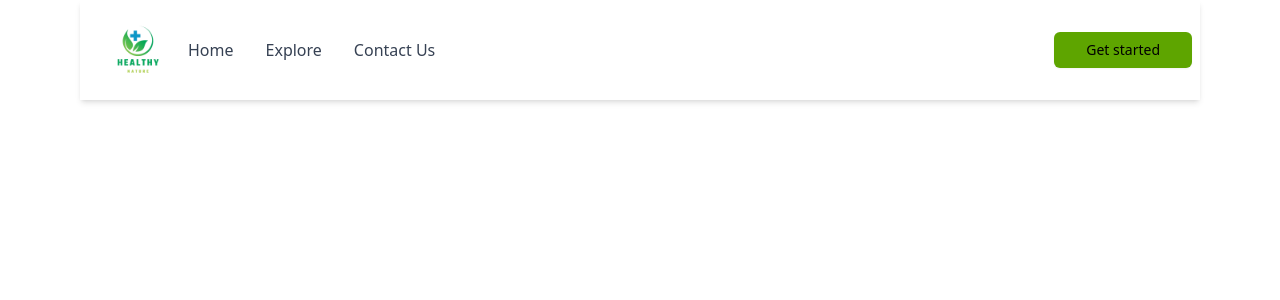
Repository: Muyassar-Mamdoh-Salem/appooinetment_app_frontend
Page: /
An editor plug-in stored every save of this project. The page is shown before and after a run of saves, followed by the edit.
The browser window is 1280 px wide. The pictures show the whole page.
The project was rebuilt for these pictures with package versions that can differ from the ones it lists, and the page was loaded fresh each time. The framework's server and built-in components were replaced by stand-ins that run in the browser. Also part of the build but not shown: next.config.mjs.

Above is the page before, as saved 2025-07-03 15:11:03.

### app/layout.js
import { Geist, Geist_Mono } from "next/font/google";
import "./globals.css";
import Header from "./_compnents/Header";
const geistSans = Geist({
  variable: "--font-geist-sans",
  subsets: ["latin"],
});

const geistMono = Geist_Mono({
  variable: "--font-geist-mono",
  subsets: ["latin"],
});

export const metadata = {
  title: "Create Next App",
  description: "Generated by create next app",
};

export default function RootLayout({ children }) {
  return (
    <html lang="en">
      <body
        className={`${geistSans.variable} ${geistMono.variable} antialiased`}
      >
        <div className=" md:px-20">
                 <Header />

        </div>
        {children}
      </body>
    </html>
  );
}

### app/page.js
import Image from "next/image";

// shad cn
import { Button } from "@/components/ui/button"
export default function Home() {
  return (
    <div className="">


    </div>
  );
}

### app/_compnents/Header.jsx
import React from 'react';
import Image from 'next/image';
import Link from 'next/link';
import { Button } from '@/components/ui/button';

function Header() {
  const menu = [
    { id: 1, name: 'Home', path: '/' },
    { id: 2, name: 'Explore', path: 'Explore' },
    { id: 3, name: 'Contact Us', path: 'Contact Us' }
  ];

  return (
    <header className="bg-white shadow-md px-2 flex items-center justify-between    ">
      <div className="  flex items-center  ">
        {/* الشعار */}
        <div className="flex items-center gap-2">
          <Image src="/assets/image/logo.png" width={100} height={40} alt="logo" />

        </div>

        {/* القائمة */}
        <nav>
          <ul className="hidden md:flex gap-8 text-gray-700 font-medium">
            {menu.map((item) => (
              <li key={item.id}>
                <Link
                  href={item.path}
                  className="hover:text-lime-600 transition-all duration-200 cursor-pointer hover:scale-105 "
                >
                  {item.name}
                </Link>
              </li>
            ))}
          </ul>
        </nav>
      </div>
      <Button>Get started</Button>

    </header>
  );
}

export default Header;

### components/ui/button.jsx
import * as React from "react"
import { Slot } from "@radix-ui/react-slot"
import { cva } from "class-variance-authority";

import { cn } from "@/lib/utils"

const buttonVariants = cva(
  "inline-flex items-center justify-center gap-2 whitespace-nowrap rounded-md text-sm font-medium transition-all disabled:pointer-events-none disabled:opacity-50 [&_svg]:pointer-events-none [&_svg:not([class*='size-'])]:size-4 shrink-0 [&_svg]:shrink-0 outline-none focus-visible:border-ring focus-visible:ring-ring/50 focus-visible:ring-[3px] aria-invalid:ring-destructive/20 dark:aria-invalid:ring-destructive/40 aria-invalid:border-destructive",
  {
    variants: {
      variant: {
        default:
          "bg-lime-600 text-primary-foreground shadow-xs hover:bg-lime-700 cursor-pointer",
        destructive:
          "bg-destructive text-white shadow-xs hover:bg-destructive/90 focus-visible:ring-destructive/20 dark:focus-visible:ring-destructive/40 dark:bg-destructive/60",
        outline:
          "border bg-background shadow-xs hover:bg-accent hover:text-accent-foreground dark:bg-input/30 dark:border-input dark:hover:bg-input/50",
        secondary:
          "bg-secondary text-secondary-foreground shadow-xs hover:bg-secondary/80",
        ghost:
          "hover:bg-accent hover:text-accent-foreground dark:hover:bg-accent/50",
        link: "text-primary underline-offset-4 hover:underline",
      },
      size: {
        default: "h-9 px-8 py-2 has-[>svg]:px-3",
        sm: "h-8 rounded-md gap-1.5 px-3 has-[>svg]:px-2.5",
        lg: "h-10 rounded-md px-6 has-[>svg]:px-4",
        icon: "size-9",
      },
    },
    defaultVariants: {
      variant: "default",
      size: "default",
    },
  }
)

function Button({
  className,
  variant,
  size,
  asChild = false,
  ...props
}) {
  const Comp = asChild ? Slot : "button"

  return (
    <Comp
      data-slot="button"
      className={cn(buttonVariants({ variant, size, className }))}
      {...props} />
  );
}

export { Button, buttonVariants }

### app/_compnents/Hero.jsx
import React from 'react'

function Hero() {
  return (
    <div>Hero

    </div>
  )
}

export default Hero

Loaded but not shown: app/globals.css (common file); lib/utils.js (common file)

After the next 4 saves:
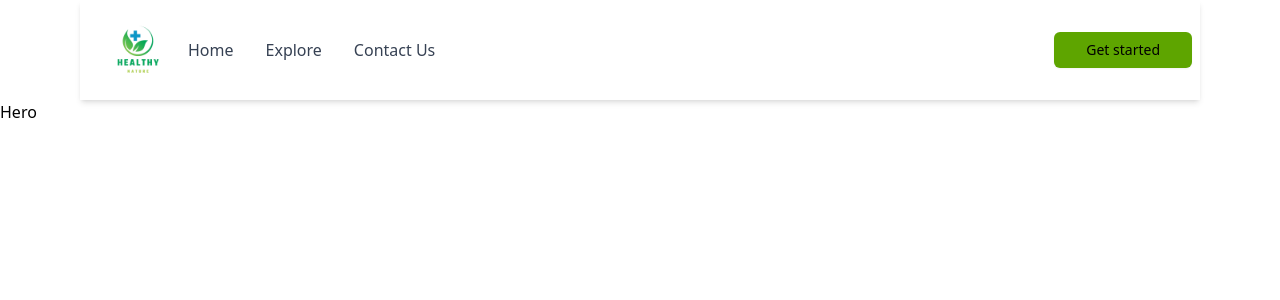
The 4 saves are shown as one change because 1 did not build or start and some came seconds apart.
The last was saved 41 s later.
--- a/app/page.js
+++ b/app/page.js
@@ -2,10 +2,11 @@ import Image from "next/image";
 
 // shad cn
 import { Button } from "@/components/ui/button"
+import Hero from "./_compnents/Hero";
 export default function Home() {
   return (
     <div className="">
-
+<Hero/>
 
     </div>
   );
